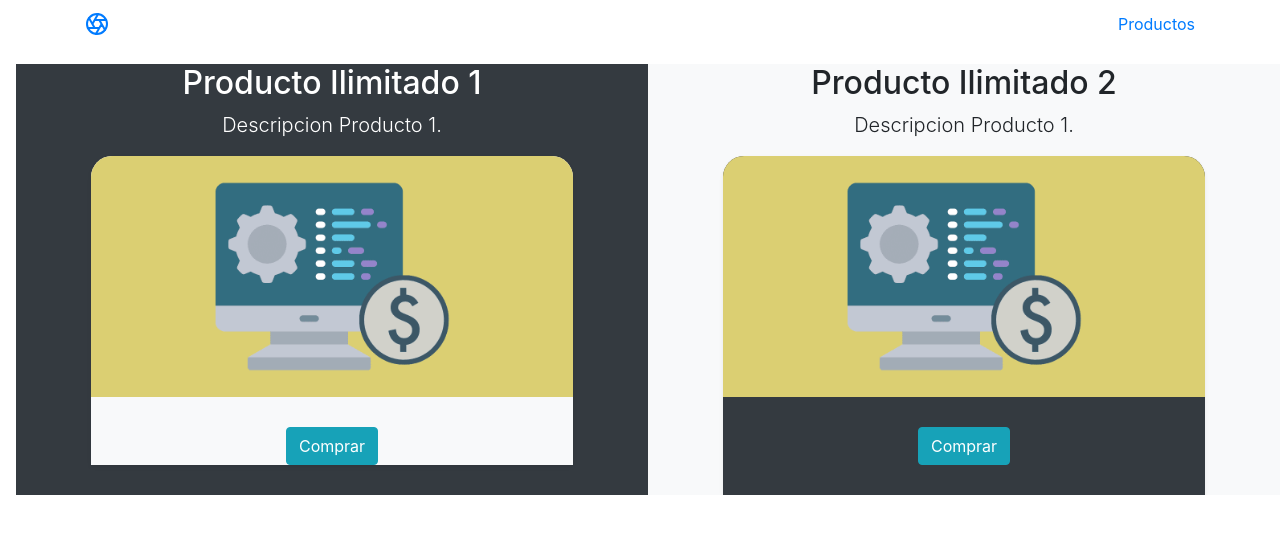
Repository: mapp1990/pasarela
Page: http://localhost/producto
The author's editor kept a copy of each file at every save. The page is drawn from the files as they stood at one save, then again after the next save.
The browser window is 1280 px wide. The pictures show the whole page.
The page is served by the project's Laravel application, run on PHP 8.4 with Laravel 9.

Above is the page before, as saved 2022-05-27 17:50:21.

After the next save:
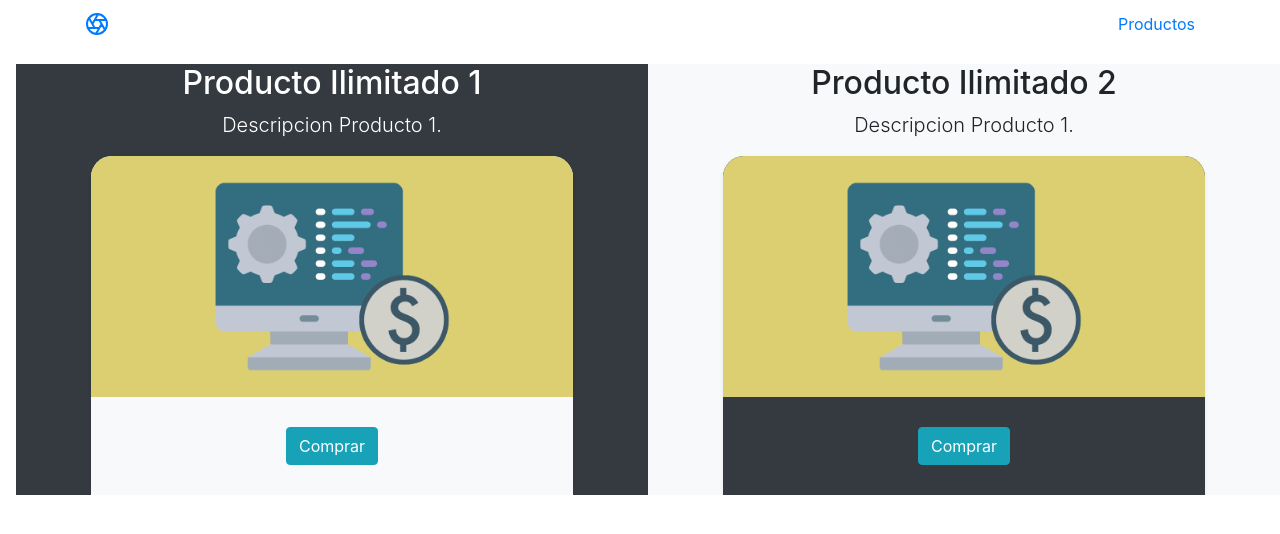
Saved 2 min 5 s later.
--- a/resources/views/productos.blade.php
+++ b/resources/views/productos.blade.php
@@ -25,7 +25,7 @@
             </div>
             <div class="bg-light shadow-sm mx-auto" style="width: 80%; border-radius: 21px 21px 0 0;">
                 <img src="producto.png" width="100%" style="border-radius: 21px 21px 0 0;">
-                <button type="button" class="btn btn-info" style="margin-top: 30px; margin-botton: 30px;">Comprar</button>
+                <button type="button" class="btn btn-info" style="margin-top: 30px; margin-bottom: 30px;">Comprar</button>
             </div>
         </div>
 
